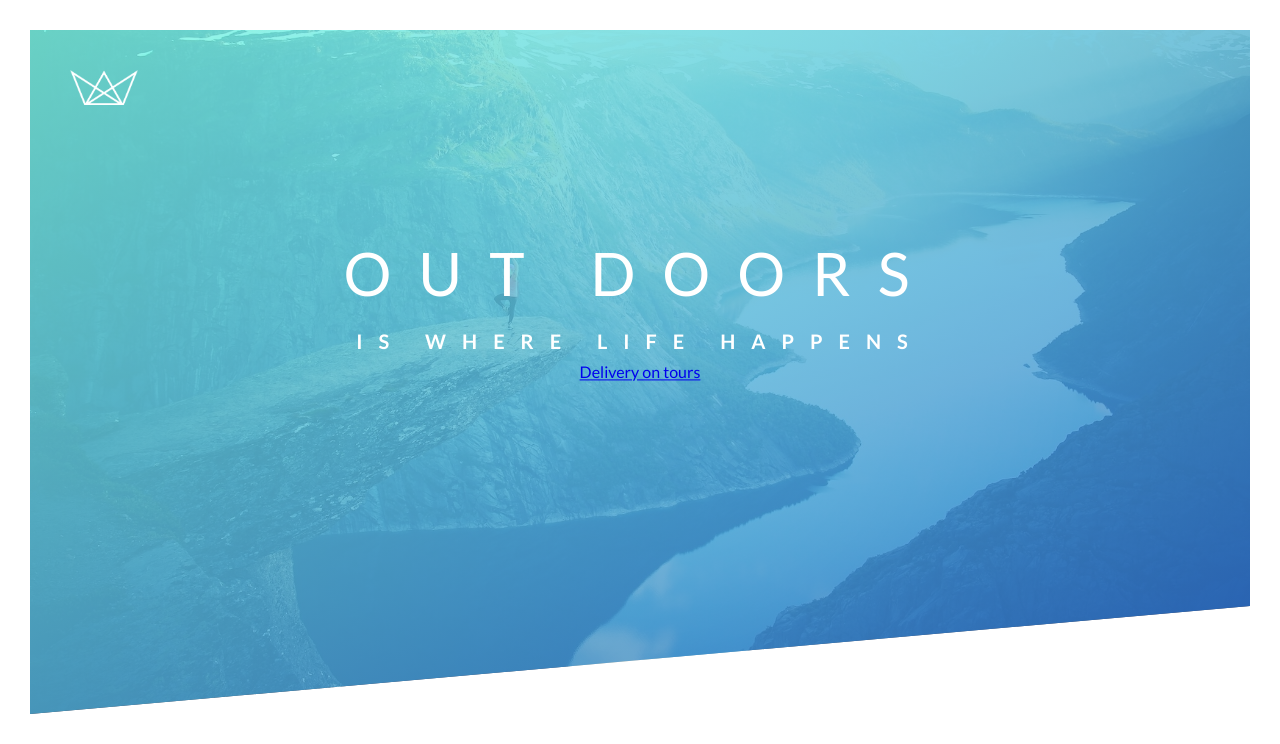
Repository: haokiet2501/natours-page
Page: index.html
The author's editor kept a copy of each file at every save. The page is drawn from the files as they stood at one save, then again after the next save.
The browser window is 1280 px wide. The pictures show the whole page.

Above is the page before, as saved 2022-07-31 19:22:35.

### index.html
<!DOCTYPE html>
<html lang="en">
<head>
    <meta charset="UTF-8">
    <meta http-equiv="X-UA-Compatible" content="IE=edge">
    <meta name="viewport" content="width=device-width, initial-scale=1.0">
    <link rel="shortcut icon" href="img/favicon.png" type="image/x-icon">
    <link rel="stylesheet" href="styles.css">
    <title>Natours</title>
</head>
<body>
    <header class="header">
        <div class="logo">
            <img src="img/logo-white.png" alt="Logo" class="logo-img">
        </div>
        <div class="heading">
            <h1 class="heading-text">
                <span class="heading-subtitle">
                    Out doors
                </span>
                <span class="heading-subtext">
                    is where life happens
                </span>
            </h1>

            <a href="#" class="btn btn-white">Delivery on tours</a>
        </div>
    </header>
</body>
</html>

### styles.css
@import url('https://fonts.googleapis.com/css2?family=Lato:wght@300;400;700;900&display=swap');

* {
    margin: 0;
    padding: 0;
    box-sizing: border-box;
}

:root {
    --lighten-blue: #69ffd7;
    --medium-blue: #3badd4;
    --dark-blue: #1b92c2;
}

body {
    font-family: "Lato", sans-serif;
    line-height: 1.7;
    font-weight: 400;
    font-size: 16px;
    color: #777;
    padding: 30px;
}

html {
    scroll-behavior: smooth;
}

.header {
    position: relative;
    height: 95vh;
    background-image: linear-gradient(
        to right bottom,
        rgba(126, 255, 232, 0.8),
        rgba(40, 107, 208, 0.8)
        ) ,url("./img/hero.jpg");
    background-size: cover;
    background-position: top;
    clip-path: polygon(0 0, 100% 0, 100% 80vh, 0 100%);
}

.logo {
    position: absolute;
    top: 40px;
    left: 40px;
}

.logo-img {
    height: 35px;
}

.heading {
    position: absolute;
    top: 40%;
    left: 50%;
    transform: translate(-50%, -50%);
    text-align: center;
}

.heading-text {
    color: #fff;
    text-transform: uppercase;
    backface-visibility: hidden;
}

.heading-subtitle {
    display: block;
    font-size: 60px;
    font-weight: 400;
    letter-spacing: 27px;
    animation: 1s moveLeft ease-out;
}

.heading-subtext {
    display: block;
    font-size: 20px;
    font-weight: 700;
    letter-spacing: 16px;
    animation: 1s moveRight ease-out;
}

@keyframes moveLeft{
    0% {
        opacity: 0;
        transform: translateX(-100px);
    }
    80% {
        transform: translateX(20px);
    }
    100% {
        opacity: 1;
        transform: translate(0);
    }
}

@keyframes moveRight{
    0% {
        opacity: 0;
        transform: translateX(100px);
    }
    80% {
        transform: translateX(-20px);
    }
    100% {
        opacity: 1;
        transform: translate(0);
    }
}

After the next save:
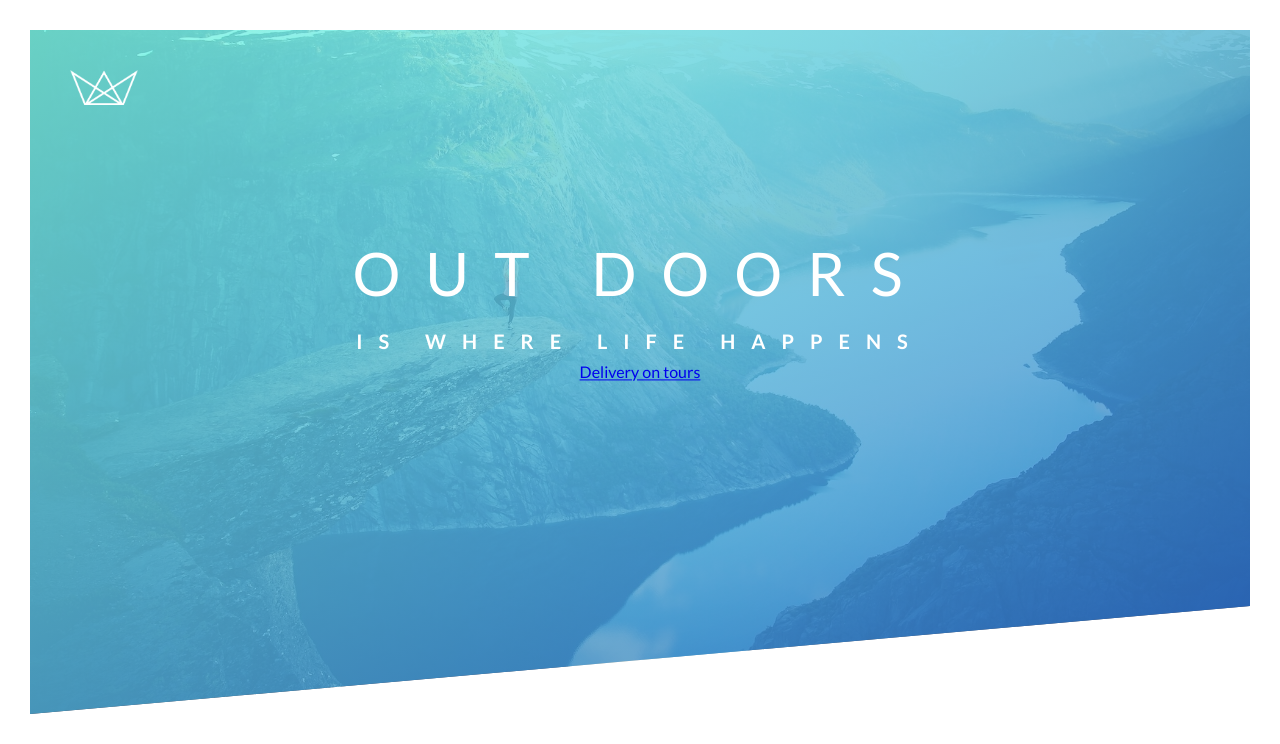
Saved 15 s later.
--- a/styles.css
+++ b/styles.css
@@ -66,7 +66,7 @@ html {
     display: block;
     font-size: 60px;
     font-weight: 400;
-    letter-spacing: 27px;
+    letter-spacing: 25px;
     animation: 1s moveLeft ease-out;
 }
 
